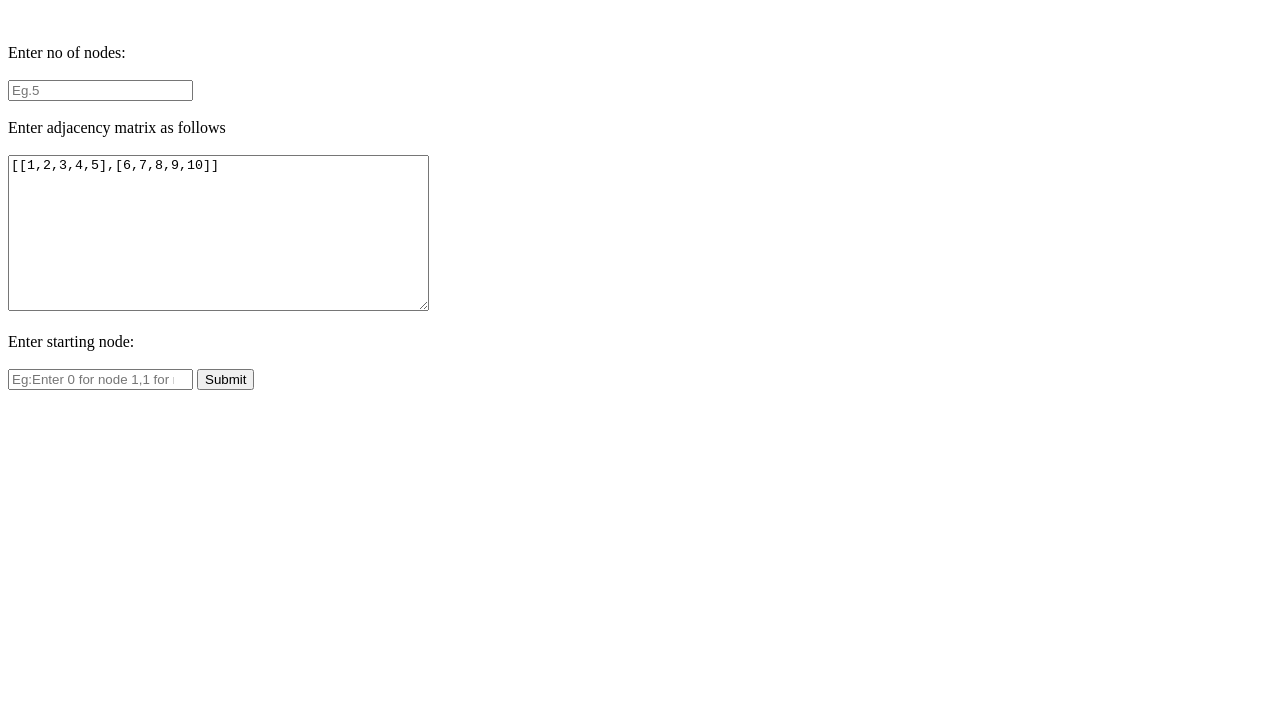
Repository: vinaybabu3962/ALGORITHMIC-TOOLBOX
Page: DAA_WT/webapp/Dijkstras.html
The author's editor kept a copy of each file at every save. The page is drawn from the files as they stood at one save, then again after the next save.
The browser window is 1280 px wide. The pictures show the whole page.
Some web libraries are served in a nearby version.

Above is the page before, as saved 2021-07-04 10:59:43.

### DAA_WT/webapp/Dijkstras.html
<!DOCTYPE html>
<html>
<head>
<meta charset="ISO-8859-1">
<title>Dikstras</title>
</head>
<body>
<form action="abcd" method="POST">
<br><br>Enter no of nodes:
<br><br>
<input type="number" name="count" placeholder="Eg.5"  >
<br><br>
Enter adjacency matrix as follows
<br><br>
<textarea id="w3review" name="matrix" rows="10" cols="50">[[1,2,3,4,5],[6,7,8,9,10]]</textarea>
<br><br>
Enter starting node:
<br><br>
<input type="number" placeholder="Eg:Enter 0 for node 1,1 for node 2" name="start" >
 <input type="submit" value="Submit" >
</form>

</body>
</html>

After the next save:
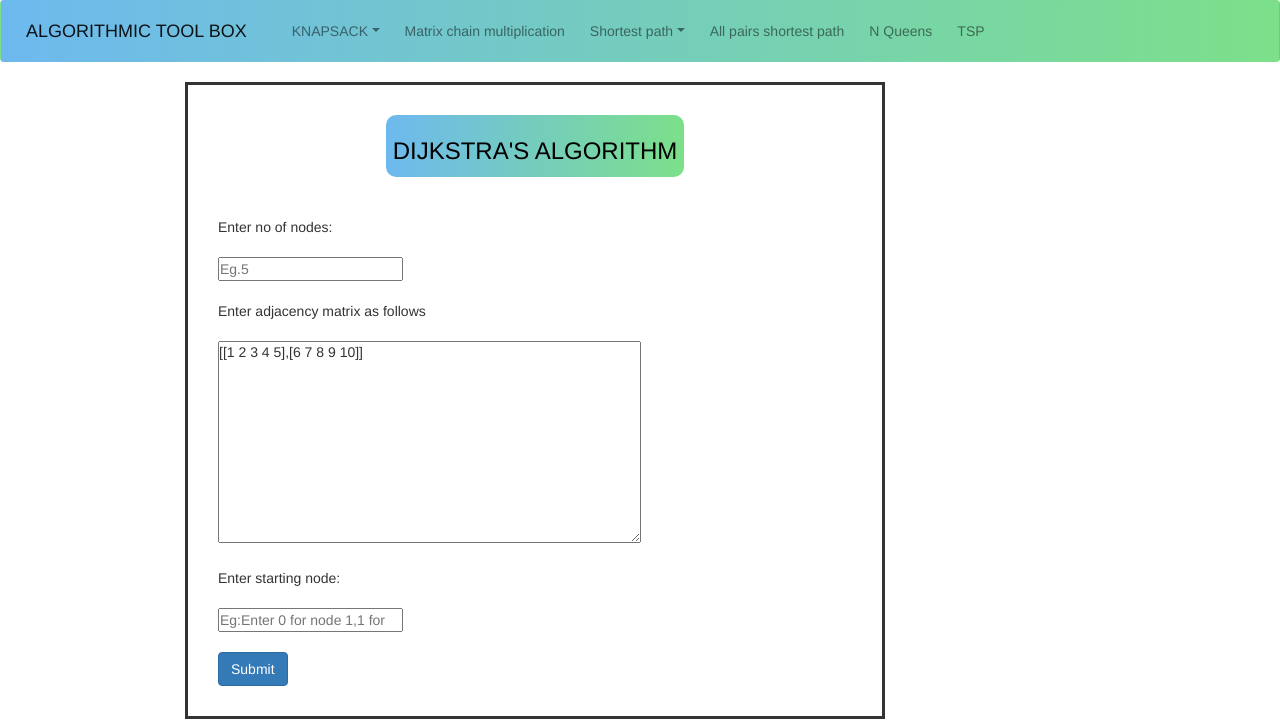
Saved 117 s later.
--- a/DAA_WT/webapp/Dijkstras.html
+++ b/DAA_WT/webapp/Dijkstras.html
@@ -3,8 +3,86 @@
 <head>
 <meta charset="ISO-8859-1">
 <title>Dikstras</title>
+<link rel="stylesheet" href="https://cdn.jsdelivr.net/npm/bootstrap@4.6.0/dist/css/bootstrap.min.css">
+<script src="https://code.jquery.com/jquery-3.5.1.min.js"></script>
+<script src="https://cdn.jsdelivr.net/npm/bootstrap@4.6.0/dist/js/bootstrap.bundle.min.js"></script>
+<script src="//ajax.googleapis.com/ajax/libs/jquery/1.11.0/jquery.min.js"></script>
+<script src="//netdna.bootstrapcdn.com/bootstrap/3.1.1/js/bootstrap.min.js"></script>
+<link rel="stylesheet" type="text/css" href="//netdna.bootstrapcdn.com/bootstrap/3.1.1/css/bootstrap.min.css">
+<style>
+	*{
+		margin: 0px;
+		padding:0px;
+	}
+	.nav-item{
+	margin-right:15px;
+	}
+    .abcd{
+    background-image: linear-gradient(to right, #6db9ef, #7ce08a);
+    }
+    .form-class {
+	position:relative;
+	left:100px;
+	width:700px;
+	padding:30px;
+	text-align:"center";
+	border:solid;
+	}
+</style>
 </head>
 <body>
+<div class="bs-example">
+    <nav class="navbar navbar-expand-md navbar-light bg-light abcd">
+        <a href="index.html" class="navbar-brand">ALGORITHMIC TOOL BOX</a>
+        <button type="button" class="navbar-toggler" data-toggle="collapse" data-target="#navbarCollapse">
+            <span class="navbar-toggler-icon"></span>
+        </button>
+        <div id="navbarCollapse" class="collapse navbar-collapse">
+            <ul class="nav navbar-nav">
+
+
+                <li class="nav-item dropdown">
+                    <a href="#" class="nav-link dropdown-toggle" data-toggle="dropdown">KNAPSACK</a>
+                    <div class="dropdown-menu">
+                    	<a href="GreedyKnapsack.html" class="dropdown-item">Greedy Knapsack</a>
+  						<a href="KnapSackDP.html" class="dropdown-item">Knapsack using DP</a>
+
+                    </div>
+                </li>
+                <li class="nav-item">
+                  <a href="MatrixChainMultiplication.html" class="nav-link">Matrix chain multiplication</a>
+
+                </li>
+                <li class="nav-item dropdown">
+                    <a href="#" class="nav-link dropdown-toggle" data-toggle="dropdown">Shortest path</a>
+                    <div class="dropdown-menu">
+                     	<a href="Dijkstras.html" class="dropdown-item">Dijkstras shortest path</a>
+  						<a href="BellmanFord.html" class="dropdown-item">Bellman Ford Algorithm</a>
+
+                    </div>
+                </li>
+                 <li class="nav-item">
+
+                  <a href="FloydWarshall.html" class="nav-link">All pairs shortest path</a>
+                </li>
+                <li class="nav-item">
+
+                  <a href="NQueens.html" class="nav-link">N Queens </a>
+                </li>
+                <li class="nav-item">
+
+                  <a href="Tsp.html" class="nav-link">TSP</a>
+                </li>
+            </ul>
+
+        </div>
+    </nav>
+</div>
+<div class="container">
+<div class="form-class">
+<center>
+<span style="background-image:linear-gradient(to right, #6db9ef, #7ce08a);color:black;" class="badge badge-pill badge-success"><h3>DIJKSTRA'S ALGORITHM</h3>
+</span></center>
 <form action="abcd" method="POST">
 <br><br>Enter no of nodes:
 <br><br>
@@ -12,13 +90,16 @@
 <br><br>
 Enter adjacency matrix as follows
 <br><br>
-<textarea id="w3review" name="matrix" rows="10" cols="50">[[1,2,3,4,5],[6,7,8,9,10]]</textarea>
+<textarea id="w3review" name="matrix" rows="10" cols="50">[[1 2 3 4 5],[6 7 8 9 10]]</textarea>
 <br><br>
 Enter starting node:
 <br><br>
 <input type="number" placeholder="Eg:Enter 0 for node 1,1 for node 2" name="start" >
- <input type="submit" value="Submit" >
+ <br><br>
+ <input type="submit" CLASS="btn btn-primary"value="Submit" >
 </form>
+</div>
+</div>
 
 </body>
 </html>
